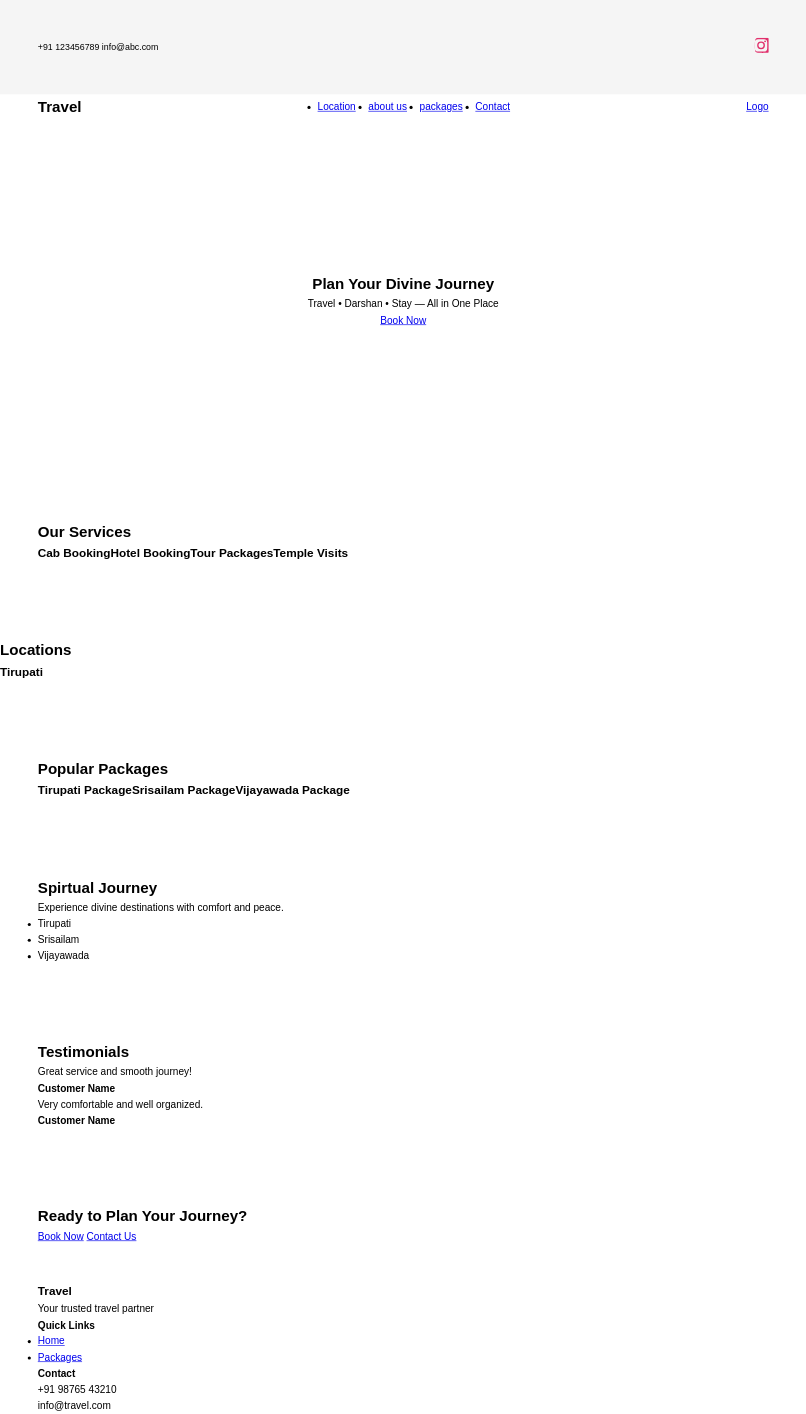
Repository: heytirupati/Bookingweb
Page: index.html
These files come from the project's save history. The page is drawn as it stood at one moment and after a run of saves; the edit follows.
The browser window is 1280 px wide. The pictures show the whole page, at 63% of full size.

Above is the page before, as saved 2026-03-27 11:44:50.

After the next 7 saves:
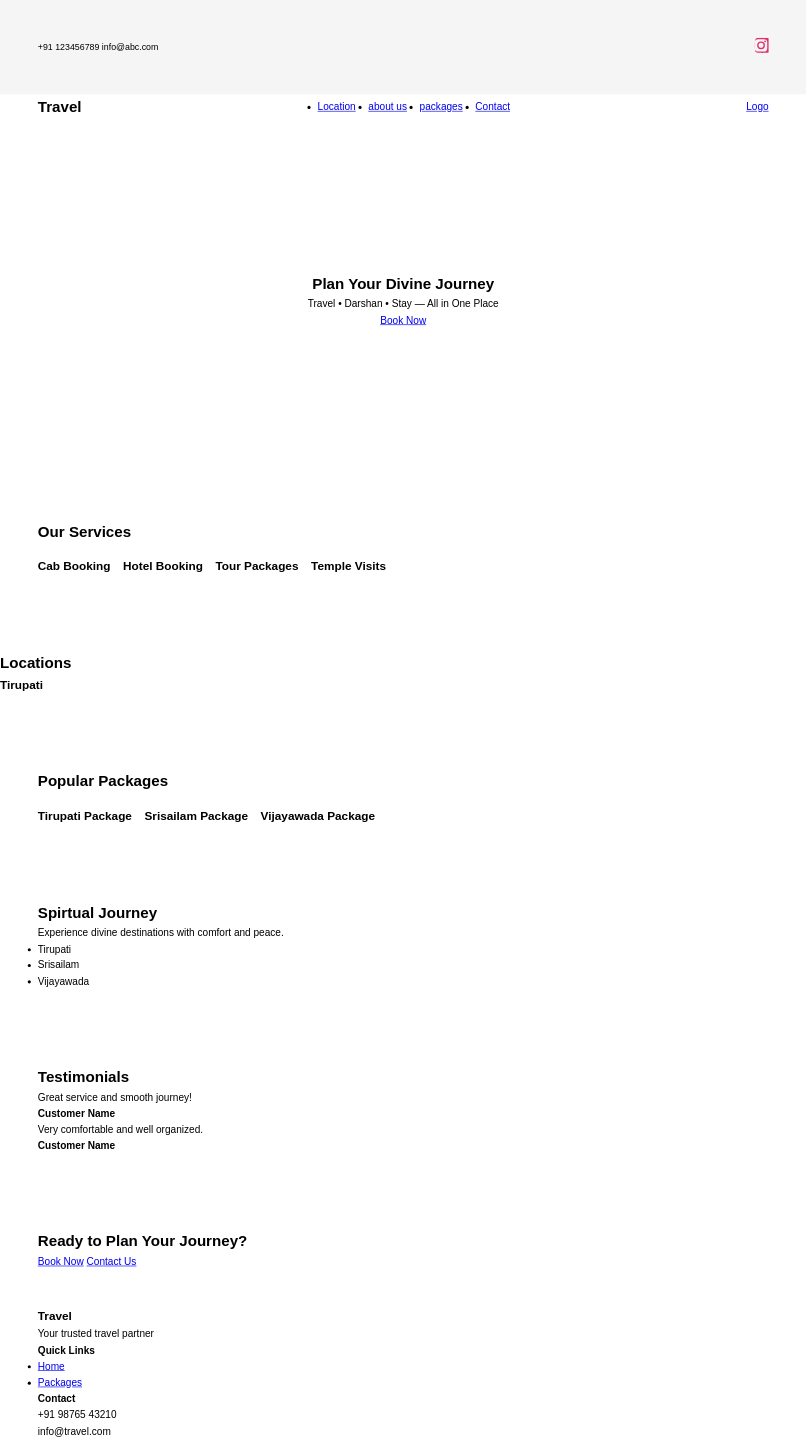
The 7 saves are shown as one change because they came seconds apart.
The last was saved 20 s later.
--- a/css/style.css
+++ b/css/style.css
@@ -64,5 +64,6 @@ section{
 .package-cards,
 .testimonal-cards{
     display: flex;
-
+    gap: 20px;
+    margin-top: 20px;
 }
